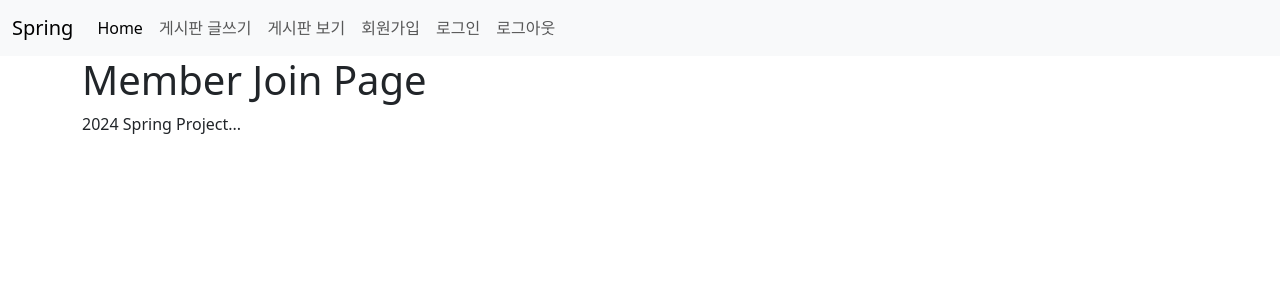
Repository: dhalfks/springTest240430
Page: http://localhost/spring_study/WEB-INF/views/member/login.jsp
These files come from the project's save history. The page is drawn as it stood at one moment and after the next save; the edit follows.
The browser window is 1280 px wide. The pictures show the whole page.
The page is served by Tomcat 9. Nobody is signed in. The template is opened directly, without the code that normally fills it, so the values that code supplies are empty.

Above is the page before, as saved 2024-04-25 07:43:12.

### spring_study/src/main/webapp/WEB-INF/views/member/login.jsp
<%@ page language="java" contentType="text/html; charset=UTF-8"
    pageEncoding="UTF-8"%>
<jsp:include page="../layout/header.jsp" />
<div class="container-md">
<h1>Member Join Page</h1>
</div>
<jsp:include page="../layout/footer.jsp" />

### spring_study/src/main/webapp/WEB-INF/views/layout/header.jsp
<%@ page language="java" contentType="text/html; charset=UTF-8"
    pageEncoding="UTF-8"%>
<!DOCTYPE html>
<html>
<head>
<meta charset="UTF-8">
<title>header.jsp</title>
<link href="https://cdn.jsdelivr.net/npm/bootstrap@5.3.3/dist/css/bootstrap.min.css" rel="stylesheet" integrity="sha384-QWTKZyjpPEjISv5WaRU9OFeRpok6YctnYmDr5pNlyT2bRjXh0JMhjY6hW+ALEwIH" crossorigin="anonymous">
<script src="https://cdn.jsdelivr.net/npm/bootstrap@5.3.3/dist/js/bootstrap.bundle.min.js" integrity="sha384-YvpcrYf0tY3lHB60NNkmXc5s9fDVZLESaAA55NDzOxhy9GkcIdslK1eN7N6jIeHz" crossorigin="anonymous"></script>
</head>
<body>
<nav class="navbar navbar-expand-lg bg-body-tertiary">
  <div class="container-fluid">
    <a class="navbar-brand" href="#">Spring</a>
    <button class="navbar-toggler" type="button" data-bs-toggle="collapse" data-bs-target="#navbarSupportedContent" aria-controls="navbarSupportedContent" aria-expanded="false" aria-label="Toggle navigation">
      <span class="navbar-toggler-icon"></span>
    </button>
    <div class="collapse navbar-collapse" id="navbarSupportedContent">
      <ul class="navbar-nav me-auto mb-2 mb-lg-0">
        <li class="nav-item">
          <a class="nav-link active" aria-current="page" href="/">Home</a>
        </li>
        <li class="nav-item">
          <a class="nav-link" href="/board/register">게시판 글쓰기</a>
        </li>
        <li class="nav-item">
          <a class="nav-link" href="/board/list">게시판 보기</a>
        </li>
        <li class="nav-item">
          <a class="nav-link" href="/member/register">회원가입</a>
        </li>
        <li class="nav-item">
          <a class="nav-link" href="#">로그인</a>
        </li>
        <li class="nav-item">
          <a class="nav-link" href="#">로그아웃</a>
        </li>
       </ul>
    </div>
  </div>
</nav>

### spring_study/src/main/webapp/WEB-INF/views/layout/footer.jsp
<%@ page language="java" contentType="text/html; charset=UTF-8"
    pageEncoding="UTF-8"%>

<div class="container-md">
 	2024 Spring Project...
</div>

</body>
</html>

After the next save:
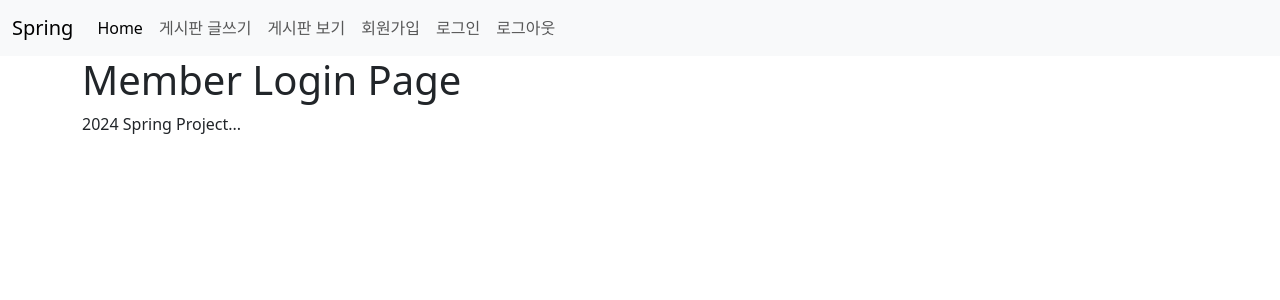
Saved 5 s later.
--- a/spring_study/src/main/webapp/WEB-INF/views/member/login.jsp
+++ b/spring_study/src/main/webapp/WEB-INF/views/member/login.jsp
@@ -2,6 +2,6 @@
     pageEncoding="UTF-8"%>
 <jsp:include page="../layout/header.jsp" />
 <div class="container-md">
-<h1>Member Join Page</h1>
+<h1>Member Login Page</h1>
 </div>
 <jsp:include page="../layout/footer.jsp" />
